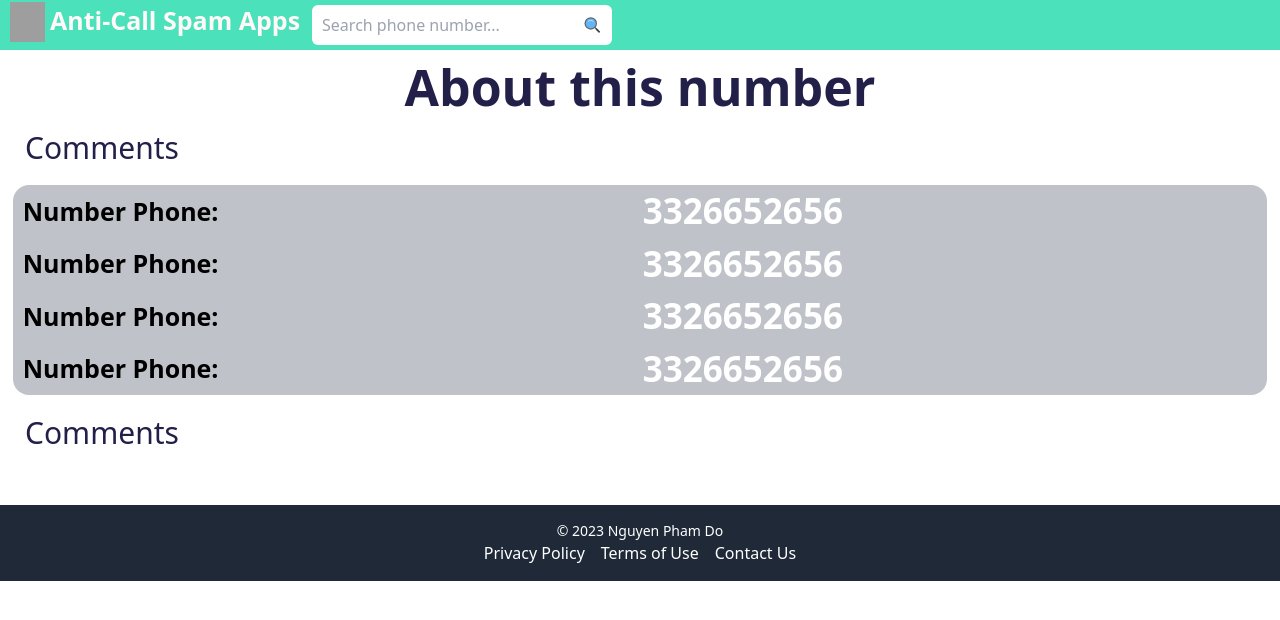
Repository: NPham1402/Web-user-callSpamBlocker
Page: /detail
The author's editor kept a copy of each file at every save. The page is drawn from the files as they stood at one save, then again after the next save.
The browser window is 1280 px wide. The pictures show the whole page.
Pictures or frames that could not be fetched are drawn as grey boxes. The page's requests for data from a server got no answer. The project was rebuilt for these pictures with package versions that can differ from the ones it lists, and the page was loaded fresh each time. The framework's server and built-in components were replaced by stand-ins that run in the browser. No one was signed in, and anything a server would have sent is missing. Also part of the build but not shown: next.config.js.

Above is the page before, as saved 2023-02-13 16:09:25.

### pages/detail.js
import axios from "axios";
import Head from "next/head";
import { useRouter } from "next/router";
import React, { useEffect } from "react";
import { FcSearch } from "react-icons/fc";
import MiniCompoent from "./components/miniCompoent";
function detail() {
  const router = useRouter();
  const {
    query: { id },
  } = router;
  useEffect(() => {
    axios.get("");
  }, []);
  return (
    <>
      {" "}
      <Head>
        <title>Check number spam</title>
        <meta name="description" content="Generated by create next app" />
        <meta name="viewport" content="width=device-width, initial-scale=1" />
        <link rel="icon" href="/favicon.ico" />
      </Head>
      <main className="relative">
        <div className="w-100 pl-[10px] pt-[2px] flex flex-row h-[50px] bg-[#4BE1BA]">
          <img
            src="https://static.callblocker.org/img/logo.png"
            className=" w-[35px] h-[40px]"
          />
          <p className="pl-[5px] pt-[6px] leading-none font-Raleway font-bold text-[25px] text-[#FFF8F8] ">
            Anti-Call Spam Apps
          </p>
          <div className="flex flex-row p-[10px] rounded-[6px]  w-[300px] h-[40px] ml-[12px] mt-[3px] bg-white">
            <input
              className="w-full h-full outline-none"
              placeholder="Search phone number..."
            />
            <FcSearch className="text-[20px] cursor-pointer" />
          </div>
        </div>
        <p className=" font-bold text-[50px] text-center text-[#221f49] ">
          About this number
        </p>

        <p className=" font-medium text-[30px] text-left pl-[25px] text-[#221f49] ">
          Comments
        </p>
        <div className="w-[98%] my-[15px] rounded-[16px]    mx-auto bg-[#bfc3c9]">
          <MiniCompoent
            types="line"
            headerLine="Number Phone:"
            contents="3326652656"
          />
          <MiniCompoent
            types="line"
            headerLine="Number Phone:"
            contents="3326652656"
          />
          <MiniCompoent
            types="line"
            headerLine="Number Phone:"
            contents="3326652656"
          />
          <MiniCompoent
            types="line"
            headerLine="Number Phone:"
            contents="3326652656"
          />
        </div>
        <p className=" font-medium text-[30px] text-left pl-[25px] text-[#221f49] ">
          Comments
        </p>
      </main>
      <footer className="bg-gray-800 mt-[50px] text-white py-4">
        <div className="container mx-auto">
          <p className="text-center text-sm">&copy; 2023 Nguyen Pham Do</p>
          <div className="flex justify-center">
            <a href="#" className="text-white mx-2">
              Privacy Policy
            </a>
            <a href="#" className="text-white mx-2">
              Terms of Use
            </a>
            <a href="#" className="text-white mx-2">
              Contact Us
            </a>
          </div>
        </div>
      </footer>
    </>
  );
}

export default detail;

### styles/globals.css
@tailwind base;
@tailwind components;
@tailwind utilities;
@import url('https://fonts.googleapis.com/css2?family=Raleway:ital&display=swap');

### pages/components/miniCompoent.js
import React from "react";

export default function MiniCompoent(props) {
  return props.types == "line" ? (
    <div className="flex flex-row">
      <p className="text-[25px] font-semibold ml-[10px] my-auto align-text-bottom">
        {props.headerLine}
      </p>
      <p className="text-[35px] m-auto font-bold text-[white] ">
        {props.contents}
      </p>
    </div>
  ) : (
    <></>
  );
}

Loaded but not shown: pages/_app.js (common file); pages/_document.js (common file); tailwind.config.js (common file)

After the next save:
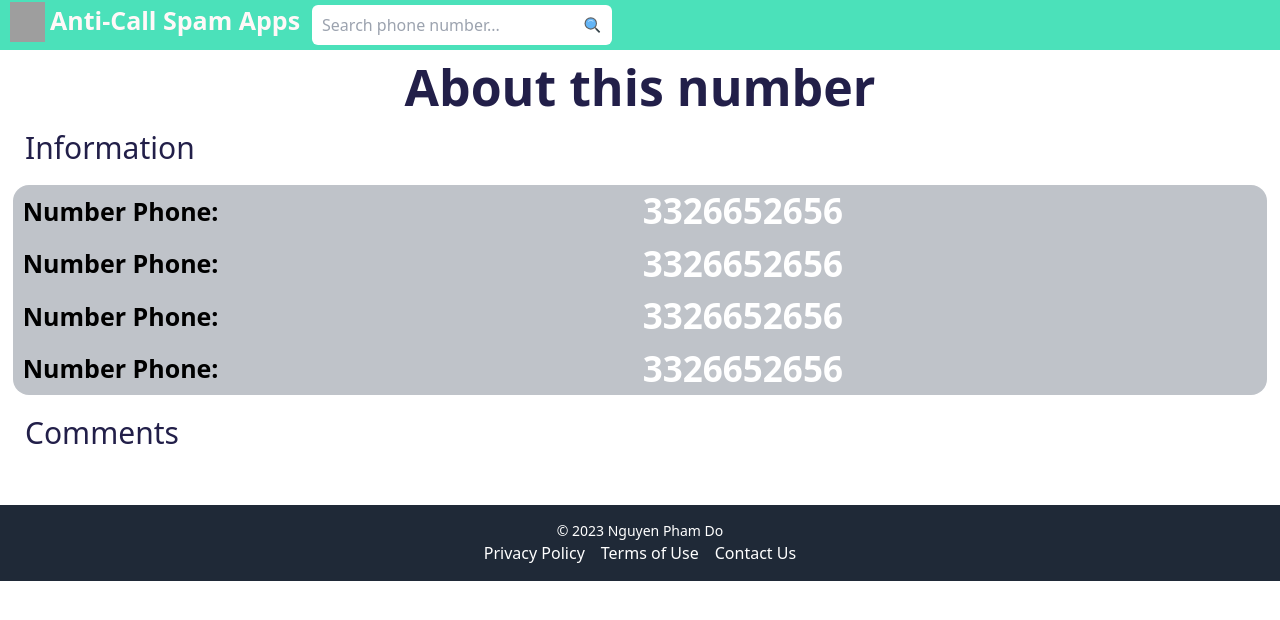
Saved 13 s later.
--- a/pages/detail.js
+++ b/pages/detail.js
@@ -41,9 +41,8 @@ function detail() {
         <p className=" font-bold text-[50px] text-center text-[#221f49] ">
           About this number
         </p>
-
         <p className=" font-medium text-[30px] text-left pl-[25px] text-[#221f49] ">
-          Comments
+          Information
         </p>
         <div className="w-[98%] my-[15px] rounded-[16px]    mx-auto bg-[#bfc3c9]">
           <MiniCompoent
